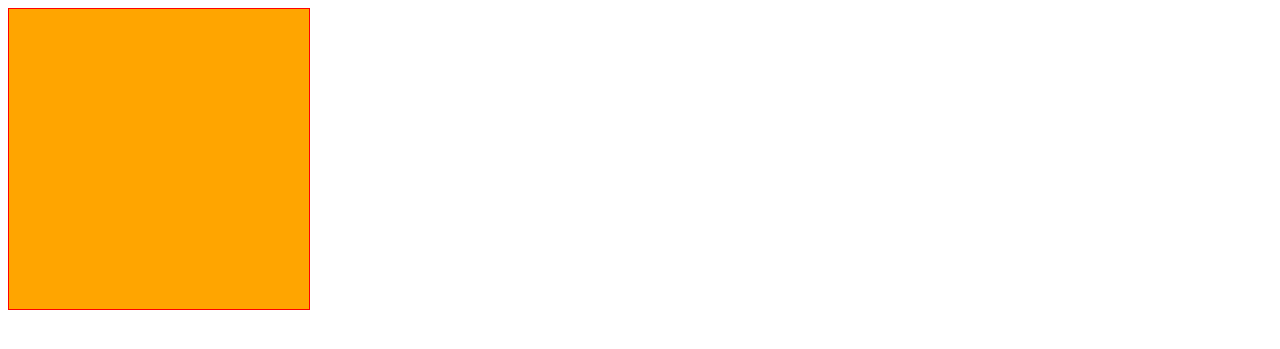
Repository: chenguocan/Vue_demo_1
Page: vue_demo_03/带参数的自定义指令.html
An editor plug-in stored every save of this project. The page is shown before and after the next save, followed by the edit.
The browser window is 1280 px wide. The pictures show the whole page.

Above is the page before, as saved 2020-07-21 09:10:49.

After the next save:
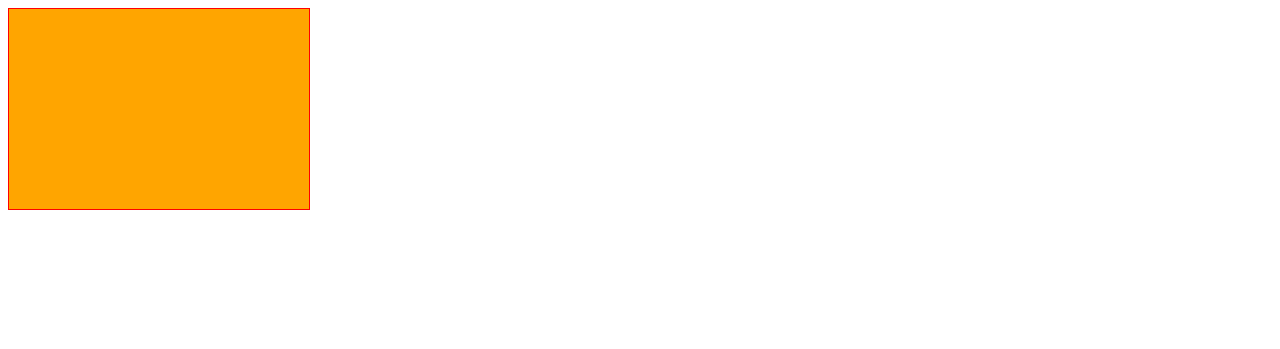
Saved 10 s later.
--- a/vue_demo_03/带参数的自定义指令.html
+++ b/vue_demo_03/带参数的自定义指令.html
@@ -31,6 +31,7 @@
       data: {
         msg: {
           color: "orange",
+          height: "200px",
         },
       },
       methods: {

After the save that followed:
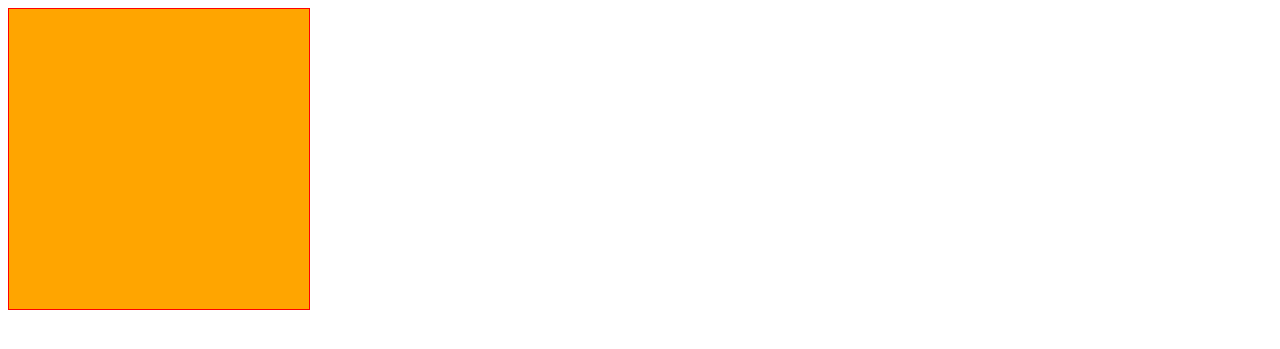
Saved 4 s later.
--- a/vue_demo_03/带参数的自定义指令.html
+++ b/vue_demo_03/带参数的自定义指令.html
@@ -31,7 +31,7 @@
       data: {
         msg: {
           color: "orange",
-          height: "200px",
+          height: "300px",
         },
       },
       methods: {
